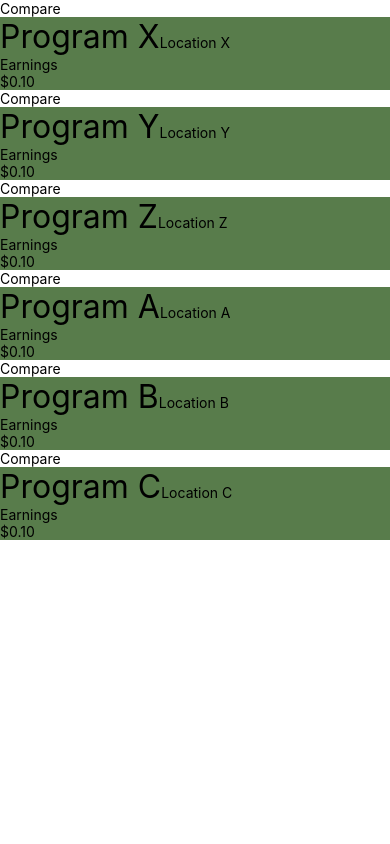
Repository: ct-pham/COMP4511
Screen: / (app in comp4511/)
These files come from the project's save history. The screen is drawn as it stood at one moment and after the next save; the edit follows.
The app was drawn by React Native's web renderer in a window 390 px wide. The project was rebuilt for these pictures with package versions that can differ from the ones it lists, and the page was loaded fresh each time. Also part of the build but not shown: comp4511/Components/Homepage.js, comp4511/Components/AllEarnings.js, comp4511/Components/ProgramEarnings.js, comp4511/Components/Register.js, comp4511/Components/Login.js.

Above is the screen before, as saved 2022-11-09 18:46:03.

After the next save:
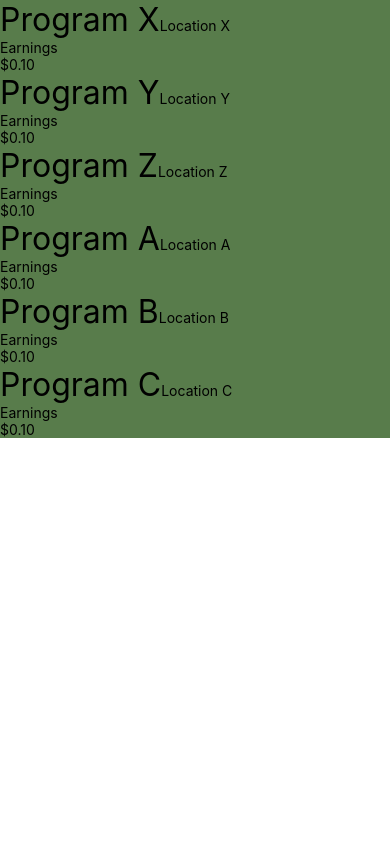
Saved 16 s later.
--- a/comp4511/Components/compareProgram/Items.js
+++ b/comp4511/Components/compareProgram/Items.js
@@ -15,9 +15,7 @@ export default function Items ({item}) {
     const { width } = useWindowDimensions();
     return (
         <View style={ styles.container}>
-            <View>
-                <Text>Compare</Text>
-            </View>
+
             <View style = {[styles.programContainer, {width}]}>
                 <view style = {styles.programStyle}>
                     <Text style = {styles.title}>{item.title}</Text>
